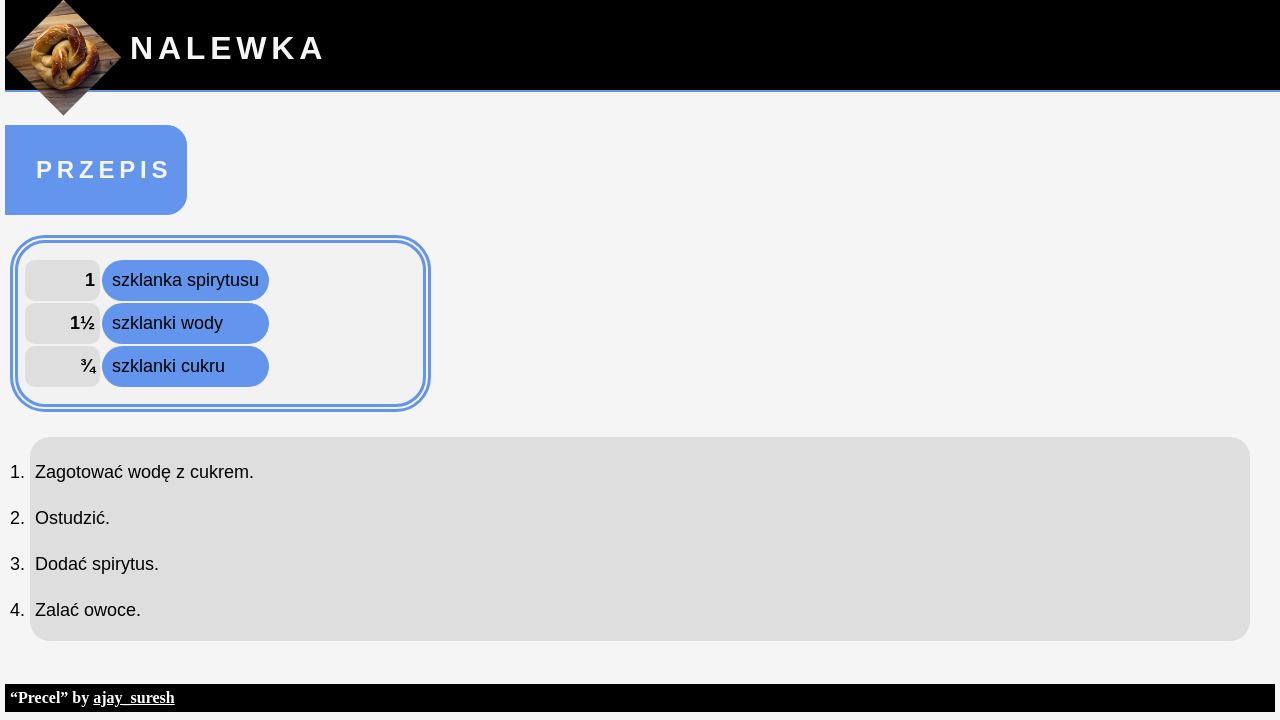
Repository: yaoayh/przepisy
Page: botwina.html
These files come from the project's save history. The page is drawn as it stood at one moment and after the next save; the edit follows.
The browser window is 1280 px wide. The pictures show the whole page.

Above is the page before, as saved 2020-08-13 01:20:43.

### botwina.html
<!DOCTYPE html>
<html>
    <head>
        <title>Nalewka</title>
        <link rel="shortcut icon" href="../images/icon.jpg">
        <meta charset="UTF-8">
        <meta name="viewport" content="width=device-width, initial-scale=1.0">
        <meta name="author" content="Dawid Litwin">
        <link href="../css/styles.css" type="text/css"
        rel="stylesheet">
    </head>
    <body class="body_Undersite">
        <div id="header_Undersite">
            <div class="picture">
                <a href="../index.html"><img src="../images/precel.jpg" alt="precel"
                title="obrazek przedstawiajacy precel"
                width= "82,8" height= "82,8"></a>
            </div>
            <h1 class="h1_Undersite">Nalewka</h1>
        </div>
        <!--                0000000000000000000                 -->
        <form class="form_Undersite">
            <h2>Przepis</h2>
            <div class="name">
                <!--Produkty-->
                <table>
                    <tr>
                        <td>
                            1
                        </td>
                        <td class="table2">
                            szklanka spirytusu
                        </td>
                    </tr>
                    <tr>
                        <td>
                            1&frac12;
                        </td>
                        <td class="table2">
                            szklanki wody
                        </td>
                    </tr>
                    <tr>
                        <td>
                            &frac34;
                        </td>
                        <td class="table2">
                            szklanki cukru
                        </td>
                    </tr>
                </table>
            </div>

            <div class="Przepis">
                <!--Przepis-->
                <ol>
                    <li>Zagotować wodę z cukrem.</li>
                    <li>Ostudzić.</li>
                    <li>Dodać spirytus.</li>
                    <li>Zalać owoce.</li>
                </ol>
            </div>

            </form>
            <br>
            <form class="bottom">
                <strong> <q>Precel</q>
                    by <a class="a_Bottom" href="https://www.flickr.com/photos/ajay_suresh/">ajay_suresh</a>
            </strong>
            </form>
        </body>
    </html>

### css/styles.css

html{overflow: scroll;}
body {

    /*
    *
    *
    *
    *
    *
    */

    /*
    *
    *
    *
    *
    *
    */

    height: auto;
	margin: 0px;
    background-color: whitesmoke;}

/*                      Nagłówek                    */
body.body_Undersite{
    padding: 5px;
}
#header {
    top: 0px;
    width: 100%;
    height: 90px;
    position: fixed;
    background-color: black;
    border-bottom: 2px solid cornflowerblue;}

.picture{
    margin: 16px;
    float: left;
    width: 82px;
    transform: rotate(45deg);}

h1 {
    text-transform: uppercase;
    font-family: Arial, Helvetica, sans-serif;
    letter-spacing: 0.2em;
    font-style: normal;
    color: whitesmoke;
    padding: 30px 30px 30px 15px;
    margin-left: 110px;
    margin-top: 0px;}


/*                  CZESC II                    */
form.main2{
    margin: auto;
    height: auto; /*531px;*/
    width: 354px;/*354px;*/
    background-color: whitesmoke;
    padding: 5px;}
.info_Nr1, .info_Nr2{
    background-color: black;
    border: 12px 12px 12px 12px;
    border-color: white;
    border-style: double;
    text-align: center;
    margin-top: 120px;
    margin-bottom: 15px;
}

h3 {
    font-weight: normal;
    color: cornflowerblue;
    font-family: "Gill Sans", Arial, sans-serif;
    text-transform: uppercase;
    text-align: center;
    padding: 4px;
    margin: 0px;
    letter-spacing: 0.2em;}

/*                      BLOKI                   */

form.head_Sqares {
    margin: auto;
    height: 531px; /*531px;*/
    width: 354px;/*354px;*/
    background-color: whitesmoke;
    padding: 5px;}

.sqares_Left{
    text-decoration: none;
    border-radius: 15px;
    width: 172px;
    height: 172px;
    background-color: black;
    color: white;
    overflow: auto;
    float: left;
    margin-top: 3px;}
.first_Choice{color: cornflowerblue;}
.sqares_Right{
    text-decoration: none;
    border-radius: 15px;
    width: 172px;
    height: 172px;
    background-color: black;
    color: white;
    margin-top: 3px;
    overflow: auto;
    float: right ;
    clear: right;}
p {
    border-radius: 5px;
    text-decoration: none;
    padding-top: 55px;
    text-align: center;
    font-family: Georgia, 'Times New Roman', Times, serif;
    font-size: x-large;
    letter-spacing: 0.10em;
    margin:0px;}
p.p1_Shadow{padding: 21px; color: rgb(70, 66, 66);
    font-family: Impact, Haettenschweiler, 'Arial Narrow Bold', sans-serif;
text-decoration: none;}
p.p1{
    font-family: Impact, Haettenschweiler, 'Arial Narrow Bold', sans-serif;
    text-decoration: none;
    padding: 21px;
    color: cornflowerblue;}
#bigger {
    padding: 0px 0px;}
.info_Nr2 {margin-top: 10px;}

.n1,.n2,.n3,.n4,.n5,.n6,.n7,.n8,.n9,.n10,.n11,.n12,.n13,.n14,.n15,.n16,.n17,.n18,.n19,.n20,.n21,.n22,.n23,.n24,.n25,.n26,.n27{
    border-radius: 15px;
    border: 2px solid whitesmoke;
    clear: both;}
div.n1 {

    background-color: hsl(0, 0%, 90%);
}
.n2{
    background-color: hsl(0,0%,87%);
}
.n3{
    background-color: hsl(0, 0%, 84%);
}
.n4{
    background-color: hsl(0, 0%, 81%);
}
.n5{
    background-color: hsl(0, 0%, 78%);
}
.n6{
    background-color: hsl(0, 0%, 75%);
}
.n7{
    background-color: hsl(0, 0%, 72%);
}
.n8{
    background-color: hsl(0, 0%, 69%);
}
.n9{
    background-color: hsl(0, 0%, 66%);
}
.n10{
    background-color: hsl(0, 0%, 63%);
}
.n11{
    background-color: hsl(0, 0%, 60%);
}
.n12{
    background-color: hsl(0, 0%, 57%);
}
.n13{
    background-color: hsl(0, 0%, 54%);
}
.n14{
    background-color: hsl(0, 0%, 51%);
}
.n15{
    background-color: hsl(0, 0%, 48%);
}
.n16{
    background-color: hsl(0, 0%, 45%);
}
.n17{
    background-color: hsl(0, 0%, 42%);
}
.n18{
    background-color: hsl(0, 0%, 39%);
}
.n19{
    background-color: hsl(0, 0%, 36%);
}
.n20{
    background-color: hsl(0, 0%, 33%);
}
.n21{
    background-color: hsl(0, 0%, 30%);
}
.n22{
    background-color: hsl(0, 0%, 27%);
}
.n23{
    background-color: hsl(0, 0%, 24%);
}
.n24{
    background-color: hsl(0, 0%, 21%);
}
.n25{
    background-color: hsl(0, 0%, 18%);
}
.n26{
    background-color: hsl(0, 0%, 15%);
}
.n27{background-color: hsl(0, 0%, 12%);}


/*                  PRAWA AUTORSKIE             */
.a_Bottom {
    text-decoration: none;
    color: white;
    text-decoration-line: underline;
}
.bottom {
    padding: 5px;
    text-decoration: none;
    background-color: black;
    color: white;
}
/**************************************************************************************/

#header_Undersite {
    top: 0px;
    width: 100%;
    height: 90px;
    position: fixed;
    background-color: black;
    border-bottom: 2px solid cornflowerblue;}
h1.h1_Undersite {
    letter-spacing: 0.15em;
}

a.m1:visited{
    color: cornflowerblue;
}
a {

    text-decoration: whitesmoke;

}
a:visited{
    color: whitesmoke;
}
a:hover{
    text-decoration: none;
    background-color: aquamarine;
    color: cyan;
}
td{
    font-size: large;
    text-decoration: solid;
    font-family: Arial, Helvetica, sans-serif;
    padding: 5px;
    background-color: cornflowerblue;
    border-radius: 5px;

}
form.form_Undersite{
    margin-top: 120px;
    background-color: rgb(245, 245, 245);
}
.name{
    max-width: 400px;
    border-radius: 35px;
    border: 8px double cornflowerblue;
    background-color: hsl(245,0%,95%);
    padding: 5px 0px 5px 5px;
    margin: 5px;}

h2 {
    text-align: left;
    font-size: x-large;
    text-transform: uppercase;
    font-family: Arial, Helvetica, sans-serif;
    letter-spacing: 0.2em;
    font-style: normal;
    color: whitesmoke;
    padding: 30px;
    border: 1px solid cornflowerblue;
    border-radius: 0px 20px 20px 0px;
    max-width: 120px;
    background-color: cornflowerblue;
    }
table {

    margin-right: 0px;
    padding: 10px 0px 10px 0px;
}
tr{
    empty-cells: hide;
}
td {
    width: 60px;
    background-color: hsl(0,0%,87%);
    border-radius: 10px;
    padding: 10px 5px 10px 10px;
    text-align: right;
    font-weight: bold;
}
td.table2{
    width: auto;
    background-color: cornflowerblue;
    border-radius: 50px;
    font-weight: normal;
    padding: 10px 10px 10px 10px;
    text-align: left;
}
ol{
    padding: 10px 0px 10px 0px;
    margin: 25px;
    border-radius: 20px;
    background-color: hsl(0,0%,87%);
}
li {

    font-family: Arial, Helvetica, sans-serif;
    font-size: large;
    padding: 15px 5px 10px 5px;
}
.ps{
    background-color: hsl(0,0%,87%);
    margin: 5px;
    border: 4px double cadetblue;
    border-radius: 5px;
    padding: 5px;
}

After the next save:
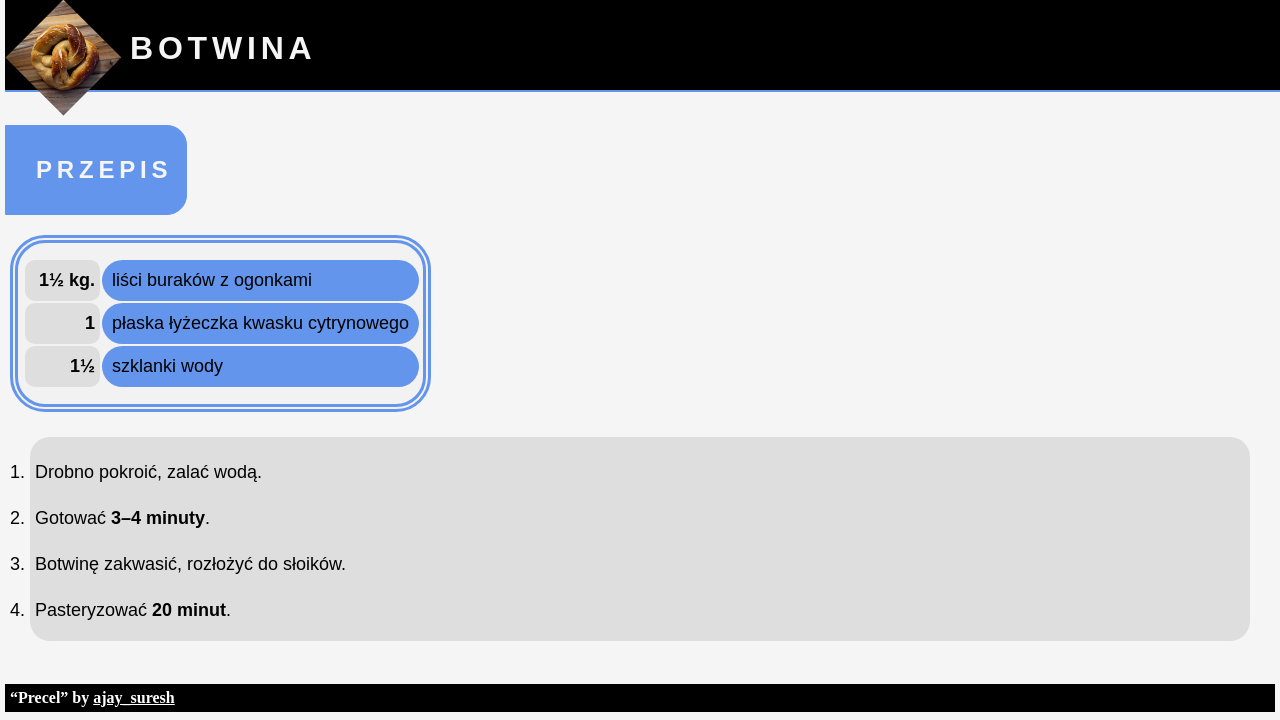
Saved 8 min 53 s later.
--- a/botwina.html
+++ b/botwina.html
@@ -1,7 +1,7 @@
 <!DOCTYPE html>
 <html>
     <head>
-        <title>Nalewka</title>
+        <title>Botwina</title>
         <link rel="shortcut icon" href="../images/icon.jpg">
         <meta charset="UTF-8">
         <meta name="viewport" content="width=device-width, initial-scale=1.0">
@@ -16,7 +16,7 @@
                 title="obrazek przedstawiajacy precel"
                 width= "82,8" height= "82,8"></a>
             </div>
-            <h1 class="h1_Undersite">Nalewka</h1>
+            <h1 class="h1_Undersite">Botwina</h1>
         </div>
         <!--                0000000000000000000                 -->
         <form class="form_Undersite">
@@ -26,10 +26,18 @@
                 <table>
                     <tr>
                         <td>
+                            1&frac12; kg.
+                        </td>
+                        <td class="table2">
+                            liści buraków z ogonkami
+                        </td>
+                    </tr>
+                    <tr>
+                        <td>
                             1
                         </td>
                         <td class="table2">
-                            szklanka spirytusu
+                            płaska łyżeczka kwasku cytrynowego
                         </td>
                     </tr>
                     <tr>
@@ -40,24 +48,16 @@
                             szklanki wody
                         </td>
                     </tr>
-                    <tr>
-                        <td>
-                            &frac34;
-                        </td>
-                        <td class="table2">
-                            szklanki cukru
-                        </td>
-                    </tr>
                 </table>
             </div>
 
             <div class="Przepis">
                 <!--Przepis-->
                 <ol>
-                    <li>Zagotować wodę z cukrem.</li>
-                    <li>Ostudzić.</li>
-                    <li>Dodać spirytus.</li>
-                    <li>Zalać owoce.</li>
+                    <li>Drobno pokroić, zalać wodą.</li>
+                    <li>Gotować <strong>3&ndash;4 minuty</strong>.</li>
+                    <li>Botwinę zakwasić, rozłożyć do słoików.</li>
+                    <li>Pasteryzować <strong>20 minut</strong>.</li>
                 </ol>
             </div>
 
